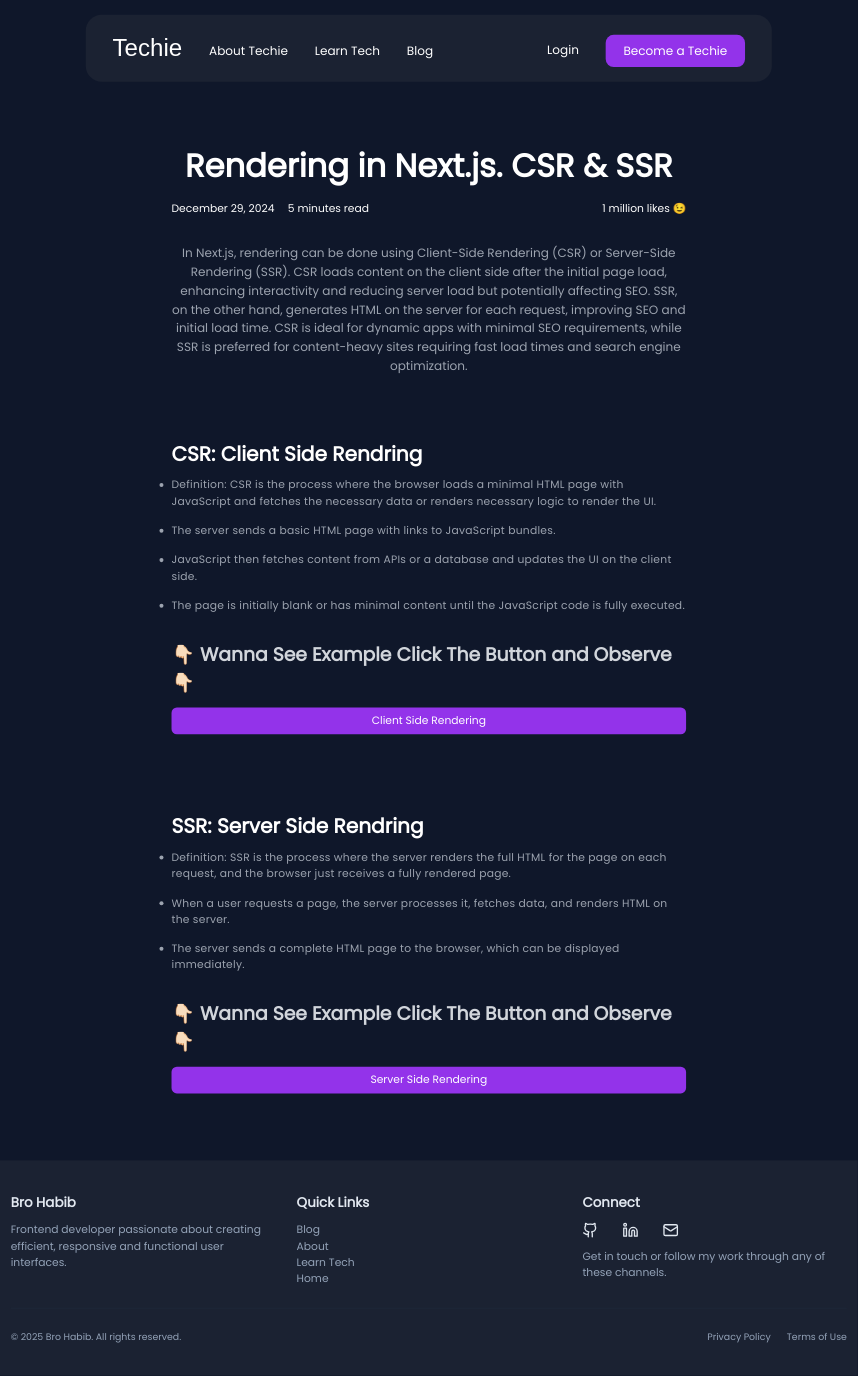
Repository: asadullah48/data-fetch
Page: /blog/rendering
These files come from the project's save history. The page is drawn as it stood at one moment and after a run of saves; the edit follows.
The browser window is 1280 px wide. The pictures show the whole page, at 67% of full size.
Some web fonts or font styles are not loaded; a fallback is used. The project was rebuilt for these pictures with package versions that can differ from the ones it lists, and the page was loaded fresh each time. The framework's server and built-in components were replaced by stand-ins that run in the browser. Also part of the build but not shown: next.config.mjs.

Above is the page before, as saved 2025-01-15 12:48:20.

After the next 2 saves:
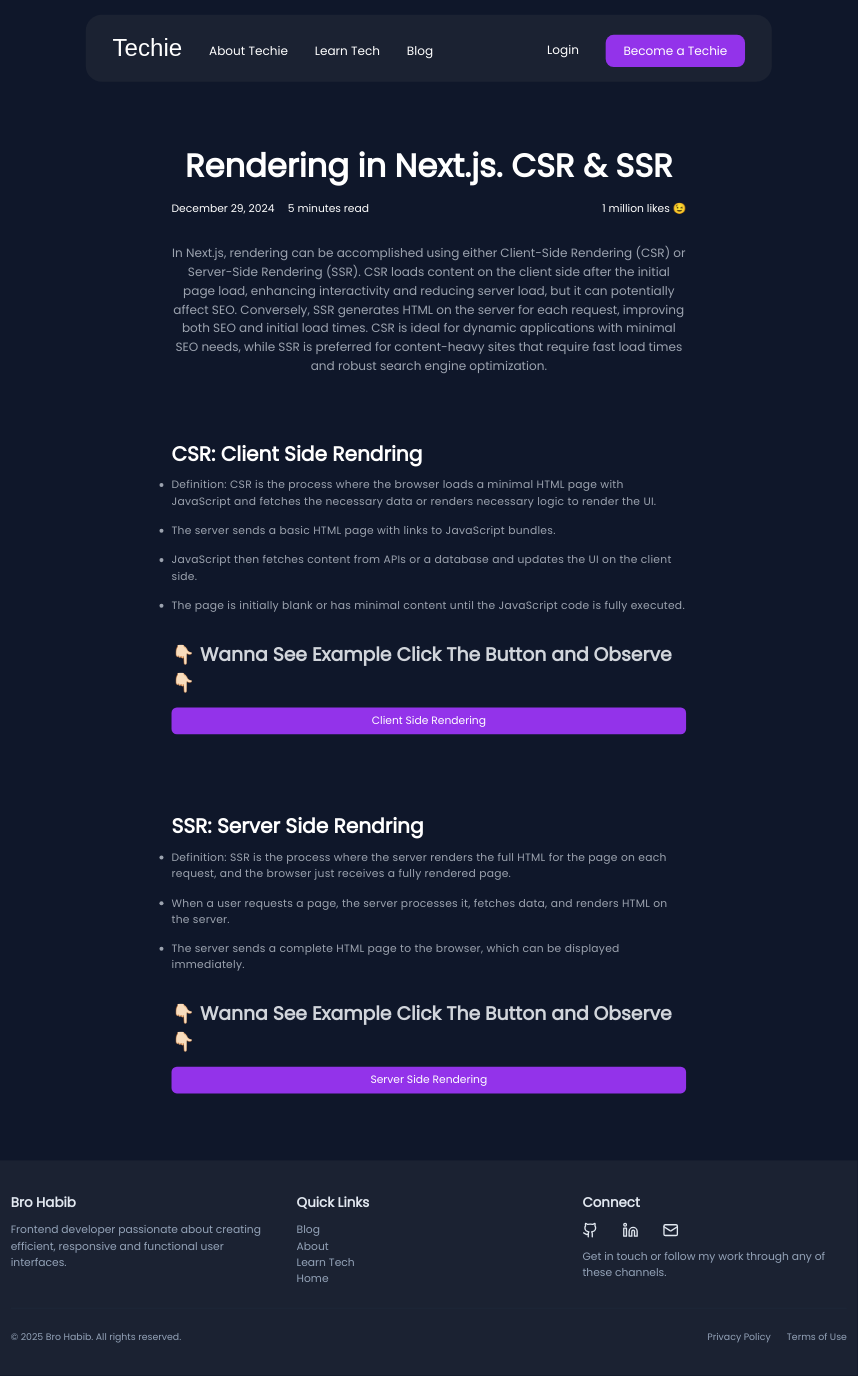
The 2 saves are shown as one change because they came seconds apart.
The last was saved 44 s later.
--- a/src/app/blog/rendering/page.tsx
+++ b/src/app/blog/rendering/page.tsx
@@ -23,13 +23,7 @@ export default function RenderingBlog() {
 
       {/*short over view  */}
       <p className='text-lg font-normal text-center mb-20 md:w-[60%] text-gray-400 mt-10'>
-        In Next.js, rendering can be done using Client-Side Rendering (CSR) or Server-Side Rendering (SSR).
-        CSR loads content on the client side after the initial page load,
-        enhancing interactivity and reducing server load but potentially affecting SEO.
-        SSR, on the other hand, generates HTML on the server for each request,
-        improving SEO and initial load time.
-        CSR is ideal for dynamic apps with minimal SEO requirements,
-        while SSR is preferred for content-heavy sites requiring fast load times and search engine optimization.
+      In Next.js, rendering can be accomplished using either Client-Side Rendering (CSR) or Server-Side Rendering (SSR). CSR loads content on the client side after the initial page load, enhancing interactivity and reducing server load, but it can potentially affect SEO. Conversely, SSR generates HTML on the server for each request, improving both SEO and initial load times. CSR is ideal for dynamic applications with minimal SEO needs, while SSR is preferred for content-heavy sites that require fast load times and robust search engine optimization.
       </p>
 
       {/* headings and topic in bullet points. CSR */}
